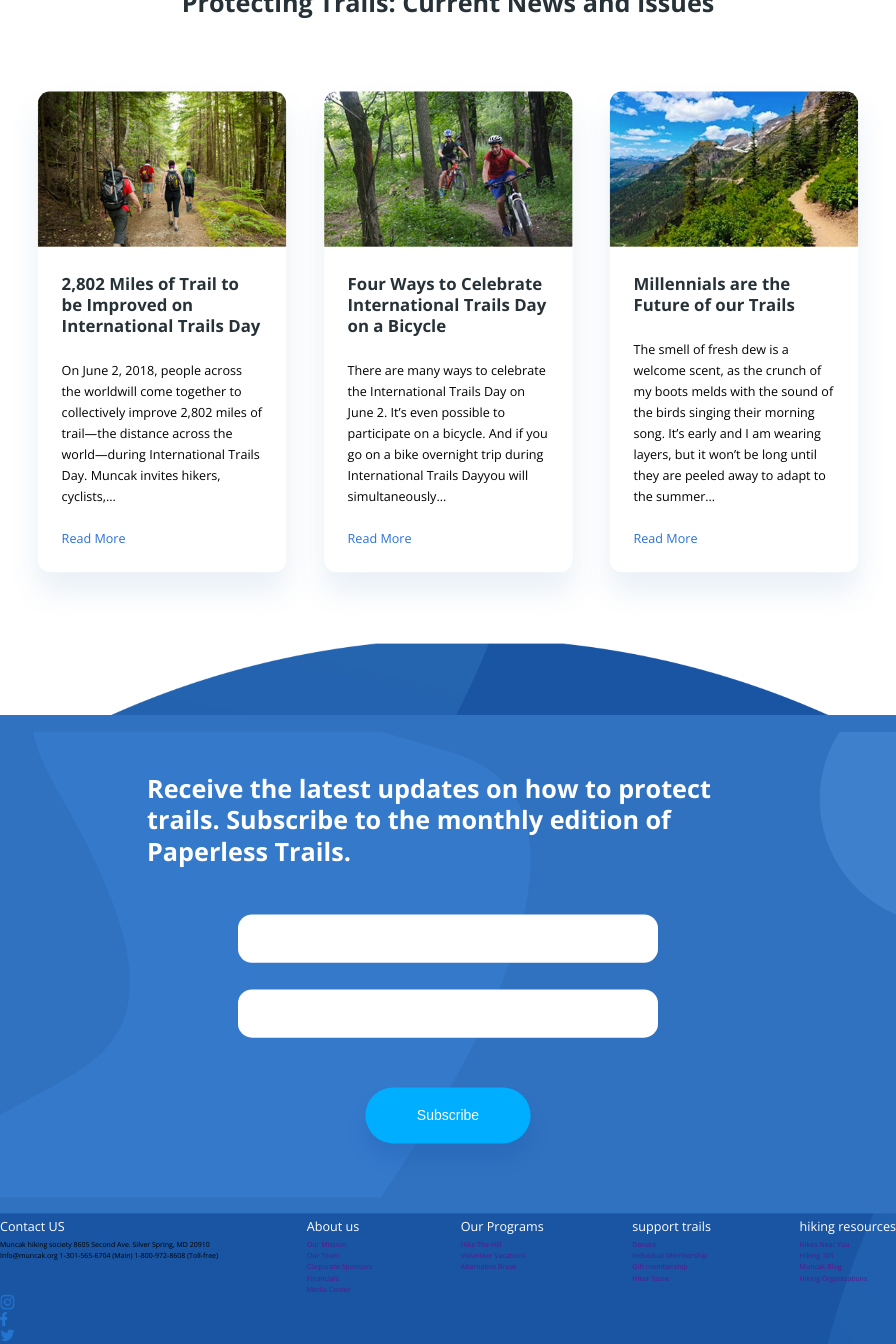
Repository: huubinh98/Project
Page: muncak/index.html
An editor plug-in stored every save of this project. The page is shown before and after the next save, followed by the edit.
The browser window is 1280 px wide. The pictures show the part of the page from y = 3489 to 5409 px (the page is 5409 px tall), at 70% of full size.

Above is the page before, as saved 2021-08-28 21:56:51.

### muncak/index.html
<!DOCTYPE html>
<html lang="en">

<head>
    <meta charset="UTF-8">
    <meta http-equiv="X-UA-Compatible" content="IE=edge">
    <meta name="viewport" content="width=device-width, initial-scale=1.0">
    <link rel="stylesheet" href="./style.css">
    <link rel="preconnect" href="https://fonts.googleapis.com">
    <link rel="preconnect" href="https://fonts.gstatic.com" crossorigin>
    <link href="https://fonts.googleapis.com/css2?family=Open+Sans:wght@300;400;600;700&display=swap" rel="stylesheet">
    <title>Muncak</title>
</head>

<body>
    <header class="header">
        <div class="container header-nav">
            <h1 class="logo"><a href="" class="logo-link"><img src="./image/Muncak.png" alt="" class="logo-img"></a>
            </h1>
            <ul class="nav-list">
                <li class="nav-item">
                    <a href="" class="nav-item-link">Home</a>
                </li>
                <li class="nav-item">
                    <a href="" class="nav-item-link">Go Hiking</a>
                </li>
                <li class="nav-item">
                    <a href="" class="nav-item-link">About</a>
                </li>
                <li class="nav-item">
                    <a href="" class="nav-item-link nav-highlight">Login</a>
                </li>
            </ul>
        </div>
        <div class="container-small">
            <h1 class="heading-banner">Lets get the top of Moutain</h1>
            <p class="heading-desc">Here is the hiking information you need to decide
                if it is right for you, and to make it more interesting,
                enjoyable, and safe.</p>
            <a href="#" class="btn c"> Get Started</a>
        </div>
    </header>
    <section class="about">
        <div class="container-small about-wrap">
            <h2 class="heading-name hearding-name-about">We envision a world where everyone
                has permanent access to a hiking trail</h2>
            <div class="about-item">
                <img src="./image/loa.png" alt="loa" class="about-img">
                <div class="about-content">
                    <h4 class="about-content-heading">Advocate</h4>
                    <p class="about-content-desc">We work with Congress, Federal agencies, and partners on policy issues
                        and legislation to ensure funding for trails, preservation of natural areas, and protection of
                        the hiking experience.</p>
                </div>
            </div>
            <div class="about-item">
                <img src="./image/bantay.png" alt="loa" class="about-img">
                <div class="about-content">
                    <h4 class="about-content-heading">Volunteer </h4>
                    <p class="about-content-desc">Trails don't maintain themselves. Individuals of any age and
                        experience level can become trail stewards. Give back to the trails you love, meet new people,
                        and enjoy the experience!</p>
                </div>
            </div>
            <div class="about-item">
                <img src="./image/nui.png" alt="loa" class="about-img">
                <div class="about-content">
                    <h4 class="about-content-heading">Explore</h4>
                    <p class="about-content-desc">Feel confident when you set out on your next trail adventure. Check
                        out our free hiking resources like tips for hiking with families, gear checklists, finding the
                        best trail for you.</p>
                </div>
            </div>
            <a href="" class="btn btn-about">Lean more</a>
        </div>
        <div class="container-small about-customer">
            <h2 class="heading-name">With the support of our members, and partners, we've improved trail access for millions of people</h2>
            <div class="customer-content">
                <p class="customer-text">We’ve Mobilized <span>558,768</span> Trail Volunteers</p>
                <p class="customer-text">We’ve Facilitated <span>41,146</span>
                    Miles of Trail Maintenance & Construction</p>
                <p class="customer-text">Volunteers Have Contributed <span>$108 Milion</span> in Volunteer Labor</p>
            </div>
        </div>
    </section>

    <!-- -----------new--------------- -->
    <section class="new">
        <div class="container-small">
            <h2 class="heading-name">Protecting Trails: Current News and Issues</h2>
            <div class="new-content">
                <div class="new-item">
                    <a href="#" class="new-item-picture">
                        <img src="./image/pic1.jpg" alt="pic1" class="new-item-img">
                    </a>
                    <div class="new-item-text">
                        <h3 class="new-item-name">2,802 Miles of Trail to be Improved on International Trails Day</h3>
                        <p class="new-item-desc">On June 2, 2018, people across the worldwill come together to
                            collectively improve 2,802 miles of trail—the distance across the world—during International
                            Trails Day. Muncak invites hikers, cyclists,…</p>
                        <a href="#" class="new-item-link">Read More</a>
                    </div>
                </div>
                <div class="new-item">
                    <a href="#" class="new-item-picture">
                        <img src="./image/pic2.jpg" alt="pic1" class="new-item-img">
                    </a>
                    <div class="new-item-text">
                        <h3 class="new-item-name">Four Ways to Celebrate International Trails Day on a Bicycle</h3>
                        <p class="new-item-desc">There are many ways to celebrate the International Trails Day on June 2. It’s even possible to participate on a bicycle. And if you go on a bike overnight trip during International Trails Dayyou will simultaneously…</p>
                        <a href="#" class="new-item-link">Read More</a>
                    </div>
                </div>
                <div class="new-item">
                    <a href="#" class="new-item-picture">
                        <img src="./image/pic3.jpg" alt="pic1" class="new-item-img">
                    </a>
                    <div class="new-item-text">
                        <h3 class="new-item-name">Millennials are the Future of our Trails</h3>
                        <p class="new-item-desc">The smell of fresh dew is a welcome scent, as the crunch of my boots melds with the sound of the birds singing their morning song. It’s early and I am wearing layers, but it won’t be long until they are peeled away to adapt to the summer…</p>
                        <a href="#" class="new-item-link">Read More</a>
                    </div>
                </div>
            </div>
        </div>
    </section>

    <div class="contact-footer">
        <div class="container form-contact">
            <h5 class="contact-heading">Receive the latest updates on how to protect trails.
                Subscribe to the monthly edition of Paperless Trails.</h5>
            <form action="">
                <input type="text" name="Name" id="" class="form-input">
                <input type="text" name="Email" id="" class="form-input">
                <button type="submit" class="btn btn-contact">Subscribe</button>
            </form>
        </div>
        <footer class="footer container">
            <div class="footer-info">
                <div class="footer-item">
                    <h4 class="footer-item-name">Contact US</h4>
                    <p class="footer-item-desc">Muncak hiking society
                        8605 Second Ave.
                        Silver Spring, MD 20910</p>
                    <p class="footer-item-desc">
                        <span>Info@muncak.org</span>
                        <span>1-301-565-6704 (Main)</span>
                        <span>1-800-972-8608 (Toll-free)</span>
                    </p>
                </div>
                <div class="footer-item">
                    <h4 class="footer-item-name">About us</h4>
                    <ul class="footer-item-list">
                        <li class="footer-item-contact">
                            <a href="">Our Mission</a>
                        </li>
                        <li>
                            <a href="">Our Team</a>
                        </li>
                        <li>
                            <a href="">Corporate Sponsors</a>
                        </li>
                        <li>
                            <a href="">Financials</a>
                        </li>
                        <li>
                            <a href="">Media Center</a>
                        </li>
                    </ul>
                </div>
                <div class="footer-item">
                    <h4 class="footer-item-name">Our Programs</h4>
                    <ul>
                        <li>
                            <a href="">Hike The Hill</a>
                        </li>
                        <li>
                            <a href="">Volunteer Vacations</a>
                        </li>
                        <li>
                            <a href="">Alternative Break</a>
                        </li>
                    </ul>
                </div>
                <div class="footer-item">
                    <h4 class="footer-item-name">support trails</h4>
                    <ul>
                        <li>
                            <a href="">Donate</a>
                        </li>
                        <li>
                            <a href="">Individual Membership</a>
                        </li>
                        <li>
                            <a href="">Gift membership</a>
                        </li>
                        <li>
                            <a href="">Hiker Store</a>
                        </li>
                    </ul>
                </div>
                <div class="footer-item">
                    <h4 class="footer-item-name">hiking resources</h4>
                    <ul>
                        <li>
                            <a href="">Hikes Near You</a>
                        </li>
                        <li>
                            <a href="">Hiking 101</a>
                        </li>
                        <li>
                            <a href="">Muncak Blog</a>
                        </li>
                        <li>
                            <a href="">Hiking Organizations</a>
                        </li>
                    </ul>
                </div>
            </div>
            <ul class="socical">
                <li class="socical-item">
                    <a href="" class="socical-item-link">
                        <img src="./image/instar.png" alt="" class="socical-item-img">
                    </a>
                </li>
                <li class="socical-item">
                    <a href="" class="socical-item-link">
                        <img src="./image/facebook.png" alt="" class="socical-item-img">
                    </a>
                </li>
                <li class="socical-item">
                    <a href="" class="socical-item-link">
                        <img src="./image/tiwer.png" alt="" class="socical-item-img">
                    </a>
                </li>
            </ul>
        </footer>
    </div>
</body>

</html>

### muncak/style.css
* {
    margin: 0;
    padding: 0;
    box-sizing: border-box;
}

html {
    font-size: 62.5%;
    line-height: 1.6rem;
    font-family: 'Open Sans', sans-serif;
    scroll-behavior: smooth;
}

ul, li {
    list-style: none;
}

a {
    text-decoration: none;
}

.container {
    max-width: 1404px;
    width: 100%;
    margin: 0 auto;
}

.container-small {
    max-width: 1172px;
    width: 100%;
    margin: 0 auto;
}

.btn {
    font-size: 2rem;
    line-height: 8rem;
    color: #fbfcfc;
    background-color: #2870db;
    border-radius: 40px;
    display: inline-block;
    padding: 0 66px;
    box-shadow: 0 22px 24px rgba(17, 83, 165, 0.21);
    transition: 0.25s ease;
}

.heading-name {
    font-size: 3.6rem;
    line-height: 5rem;
    text-align: center;
    margin: 0 auto;
    color: #263238;
    margin-bottom: 101px;
    max-width: 1000px;
}

.btn:hover {
    background-color: #1153a5;
}

/* ----------------------- */

.header {
    margin: 0 auto;
    max-width: 1900px;
    height: 1026px;
    background-color: white;
    background-image: url(./image/backgroudleft1.png), url(./image/Muncak-Landing-Page.png);
    background-position: left bottom, right top;
    background-repeat: no-repeat, no-repeat;
}

.header-nav {
    display: flex;
    justify-content: space-between;
    padding-top: 85px;
}

.logo{

}
.logo-link{

}
.logo-img{

}
.nav-list{

}
.nav-item{
    display: inline-block;
}
.nav-item-link{
    font-size: 1.8rem;
    font-weight: 400;
    line-height: 3.6rem;
    color: #fff;
    padding: 0 36px;
    display: inline-block;
}

.nav-highlight {
    background-color: #fff;
    color: #14215e;
    border-radius: 14px;
}

.heading-banner {
    font-size: 5rem;
    line-height: 6rem;
    color: #1c2056;
    margin-top: 144px;
    max-width: 400px;
}

.heading-desc {
    font-size: 1.8rem;
    line-height: 4rem;
    color: rgba(45, 32, 88, 0.65);
    max-width: 400px;
    margin-top: 43px;
    margin-bottom: 103px;
}

.btn-heading {
    margin-bottom: 310px;
}


/* -----------about---------------- */
.about {
    margin-top: 158px;
    margin-bottom: 98px;
    background-image: url(./image/backgroudleft2.png), url(./image/Muncak-Landing-Page2.png);
    background-repeat: no-repeat, no-repeat;
    background-position: left bottom, right center;
}

.about-wrap {
    margin-bottom: 105px;
}

.hearding-name-about {
    max-width: 700px;
}

.about-item {
    max-width: 549px;
}

.about-item:nth-child(2n + 1) {
    margin-left: auto;
    margin-top: -150px;
}

.about-item:nth-child(2n + 2) {
    margin-top: -109px;
}

.about-item:first-of-type {
    margin-top: 0;
}

.about-img {
    display: block;
    margin: 0 auto;
    margin-bottom: 63px;
}

.about-content {
    padding: 72px;
    border-radius: 18px;
    background-color: #fff;
    box-shadow: 0 27px 43px rgb(32 94 171 / 10%);
}

.about-content-heading {
    font-size: 2.4rem;
    line-height: 3.6rem;
    color: #263238;
    padding-bottom: 48px;
}

.about-content-desc {
    font-size: 1.8rem;
    line-height: 3.6rem;
    color: #546e7a;
}

.btn-about {
    float: right;
    margin-right: 163px;
    margin-top: -226px;
}

/* -----------customer-------------- */

.about-custumer {
    margin-top: 105px;
}

.customer-content {
    display: flex;
    justify-content: space-between;
}

.customer-text {
    text-align: center;
    font-size: 2.2rem;
    line-height: 2.3rem;
    color: #263238;
}

.customer-text span {
    font-size: 3.6rem;
    display: block;
    color: #1a56a3;
    font-weight: 700;
    line-height: 3.4rem;
    padding: 34px 0;
}

/* --------New-------------- */

.new {
    padding-top: 98px;
    padding-bottom: 102px;
}

.new-content {
    display: flex;
    justify-content: space-between;
}

.new-item {
    border-radius: 18px;
    box-shadow: 0 27px 43px rgb(32 94 171 / 10%);
    max-width: 355px;
    overflow: hidden;
}

.new-item-img {
    height: 222px;
    object-fit: cover;
    width: 100%;
}

.new-item-text {
    padding: 34px;
}

.new-item-name {
    font-size: 2.4rem;
    line-height: 3rem;
    color: #263238;
    padding-bottom: 33px;
}

.new-item-desc {
    font-size: 1.8rem;
    line-height: 3rem;
    padding-bottom: 30px;
}

.new-item-link {
    font-size: 1.8rem;
    line-height: 3rem;
    color: #2870db;
}


/* -----------contact-footer------------ */
.contact-footer {
    padding-top: 102px;
    background: url(./image/backgroudfooter.png) no-repeat bottom;
}

.form-contact {
    padding: 82px 210px 100px;
    background-color: #3072c0;
    background-image: url(./image/backgroudcontact.png);
    background-repeat: no-repeat;
    background-position: left;
}

.contact-heading {
    font-size: 3.6rem;
    line-height: 4.5rem;
    color: #fff;
    padding-bottom: 68px;
}

.form-input {
    display: block;
    max-width: 600px;
    width: 100%;
    margin: 0 auto;
    height: 69px;
    outline: none;
    border: navajowhite;
    margin-bottom: 38px;
    border-radius: 20px;
    font-size: 2.4rem;
    line-height: 3.6rem;
    padding: 0 37px;
    color: rgba(84, 110, 122, 0.6);
}

.btn-contact {
    height: 80px;
    padding: 0 74px;
    margin: 0 auto;
    display: block;
    line-height: 4rem;
    color: #fbfcfc;
    background-color: #00aeff;
    border: none;
    outline: none;
    border-radius: 40px;
    margin-top: 71px;
}

/* footer info */

.footer-info {
    display: flex;
    justify-content: space-between;
}
.footer-item-name{
    font-size: 1.8rem;
    line-height: 3.6rem;
    color: #fff;
    font-weight: 400;
}

After the next save:
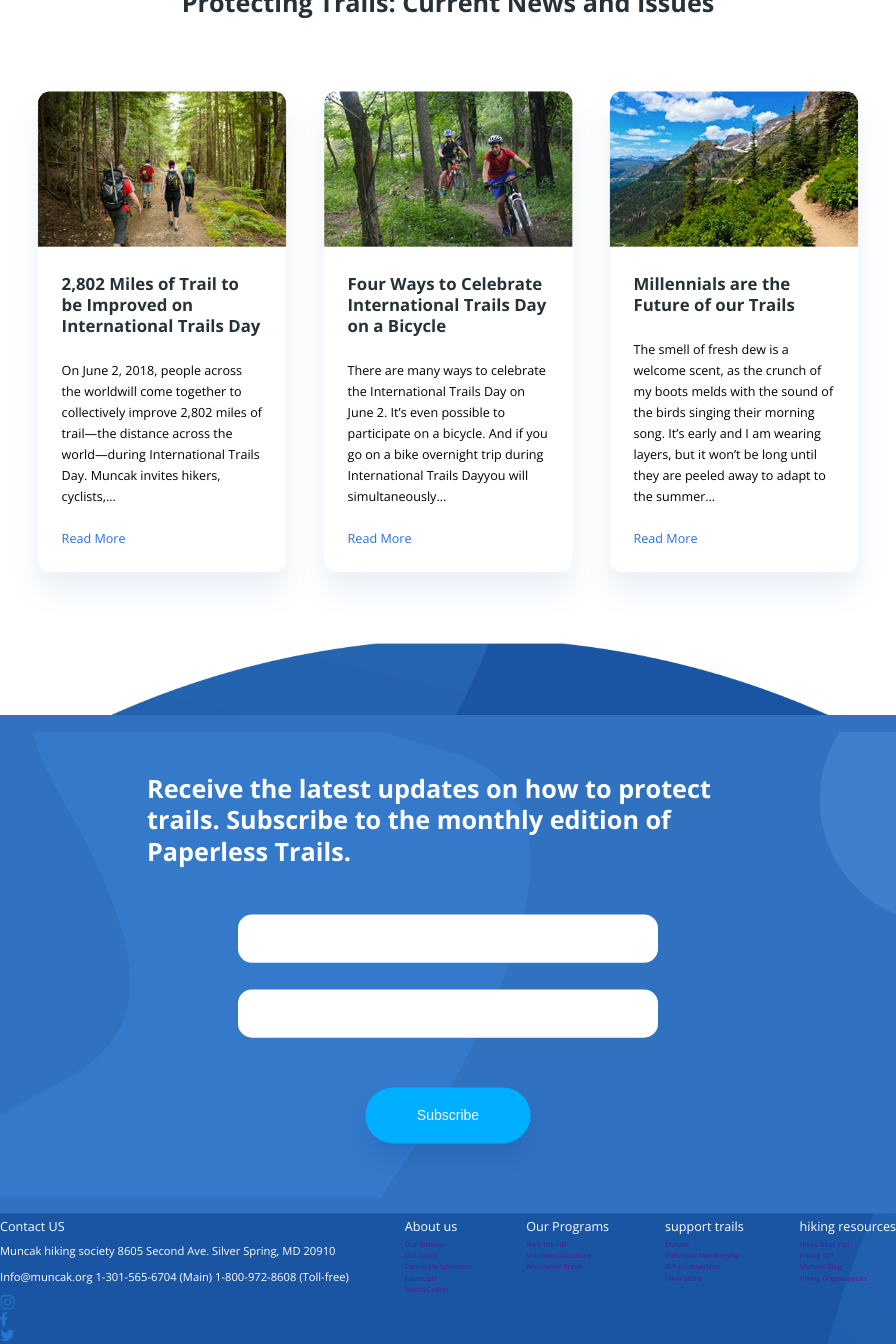
Saved 64 s later.
--- a/muncak/style.css
+++ b/muncak/style.css
@@ -332,3 +332,9 @@ a {
     color: #fff;
     font-weight: 400;
 }
+
+.footer-item-desc {
+    font-size: 1.6rem;
+    line-height: 3.6rem;
+    color: #fff;
+}
